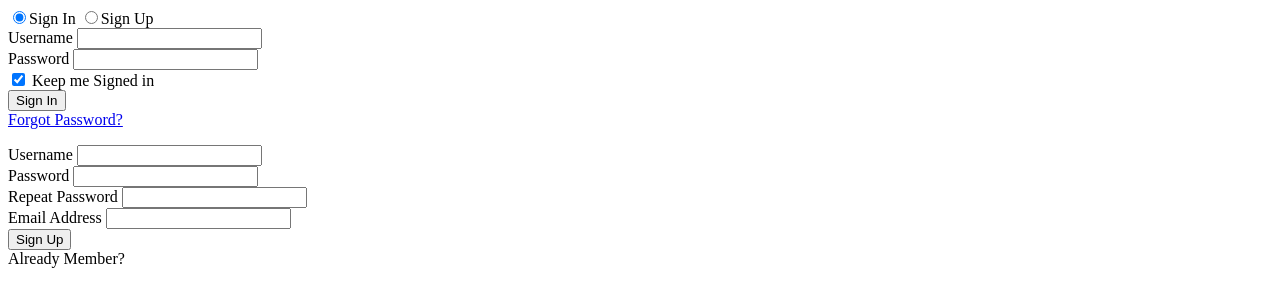
Repository: Apeksha14/AngularAppExample
Page: public/partials/login.html
These files come from the project's save history. The page is drawn as it stood at one moment and after a run of saves; the edit follows.
The browser window is 1280 px wide. The pictures show the whole page.

Above is the page before, as saved 2017-05-05 17:10:51.

After the next 2 saves:
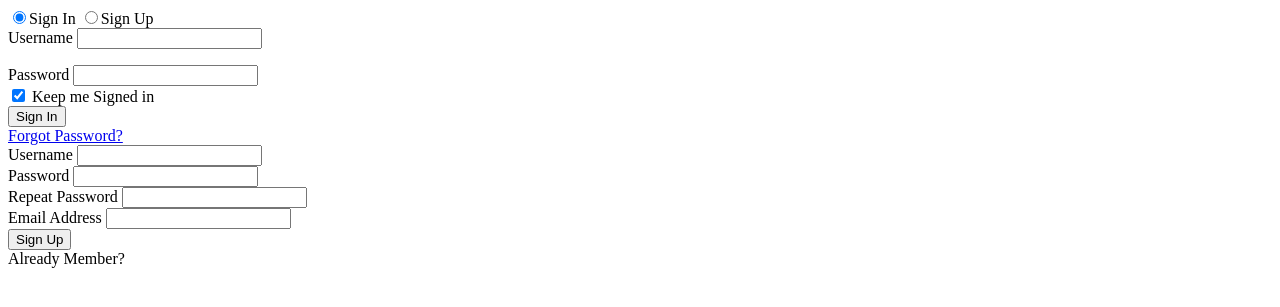
The 2 saves are shown as one change because they came seconds apart.
The last was saved 58 s later.
--- a/public/partials/login.html
+++ b/public/partials/login.html
@@ -3,7 +3,7 @@
 		<input id="tab-1" type="radio" name="tab" class="sign-in" checked><label for="tab-1" class="tab">Sign In</label>
 		<input id="tab-2" type="radio" name="tab" class="sign-up"><label for="tab-2" class="tab">Sign Up</label>
 		<div class="login-form">
-			<form class="sign-in-htm">
+			<form class="sign-in-htm" ng-controller="login>
 				<div class="group">
 					<label for="user" class="label">Username</label>
 					<input id="user" type="text" class="input">

After the 2 saves that followed:
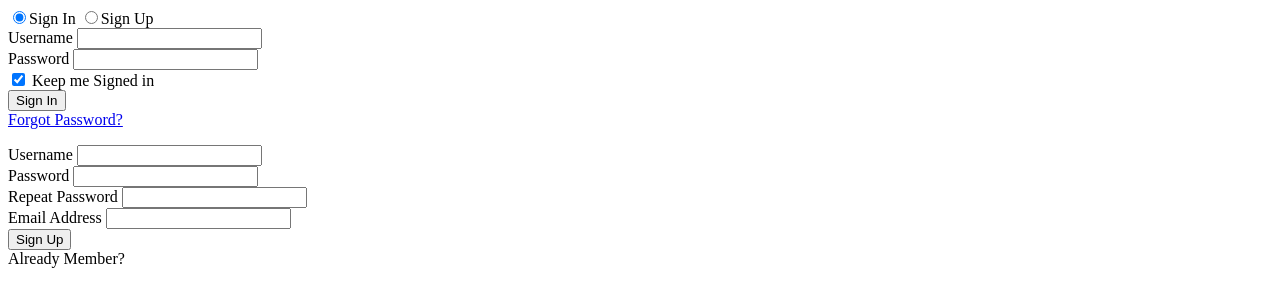
The 2 saves are shown as one change because they came seconds apart.
The last was saved 15 s later.
--- a/public/partials/login.html
+++ b/public/partials/login.html
@@ -3,7 +3,7 @@
 		<input id="tab-1" type="radio" name="tab" class="sign-in" checked><label for="tab-1" class="tab">Sign In</label>
 		<input id="tab-2" type="radio" name="tab" class="sign-up"><label for="tab-2" class="tab">Sign Up</label>
 		<div class="login-form">
-			<form class="sign-in-htm" ng-controller="login>
+			<form class="sign-in-htm" ng-controller="login" ng-submit="login()">
 				<div class="group">
 					<label for="user" class="label">Username</label>
 					<input id="user" type="text" class="input">
